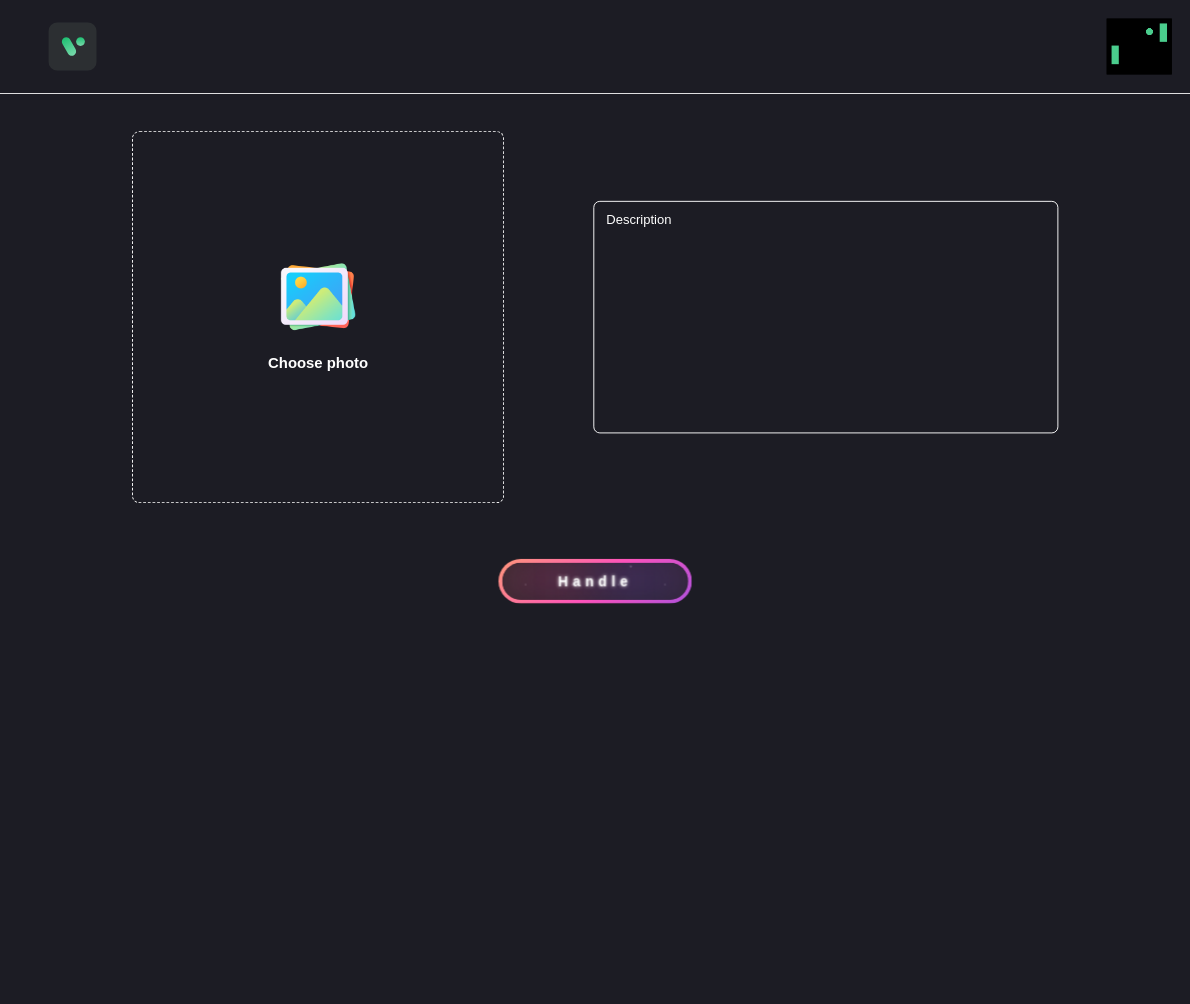
Repository: binhphan77373/Website_PBL6
Page: / (app in myapp/)
The author's editor kept a copy of each file at every save. The page is drawn from the files as they stood at one save, then again after a run of saves.
The browser window is 1280 px wide. The pictures show the whole page, at 93% of full size.
The project was rebuilt for these pictures with package versions that can differ from the ones it lists, and the page was loaded fresh each time. Also part of the build but not shown: myapp/vite.config.js, myapp/src/pages/Test.jsx, myapp/src/modules/Result.jsx, myapp/src/pages/ResultPage.jsx.

Above is the page before, as saved 2023-12-29 20:01:46.

### myapp/src/App.jsx
import { Route, Routes } from 'react-router-dom'
import HomePage from './pages/HomePage'
import Test from './pages/Test'
import ResultPage from './pages/ResultPage'

function App() {

  return (
    <Routes>
      <Route path='/' element={<HomePage></HomePage>}></Route>
      <Route path='/rs' element={<ResultPage></ResultPage>}></Route>
      <Route path='/test' element={<Test></Test>}></Route>
    </Routes>
  )
}

export default App

### myapp/src/index.css
@tailwind base;
@tailwind components;
@tailwind utilities;
*,
*::before,
*::after {
  box-sizing: border-box;
}
* {
  margin: 0;
  padding: 0;
}

html,
body {
  height: 100%;
}
body {
  line-height: 1.5;
  -webkit-font-smoothing: antialiased;
  -webkit-tap-highlight-color: rgba(0, 0, 0, 0);
  scroll-behavior: smooth;
}

img,
picture,
video,
canvas,
svg {
  display: block;
  max-width: 100%;
}
input,
button,
textarea,
select {
  font: inherit;
  outline: none;
}
p,
h1,
h2,
h3,
h4,
h5,
h6 {
  overflow-wrap: break-word;
}
body {
  line-height: 1.5;
  -webkit-font-smoothing: antialiased;
  -webkit-tap-highlight-color: rgba(0, 0, 0, 0);
  font-family: "Epilogue", sans-serif;
  font-size: 16px;
  background-color: #1C1C24;

  height: 150vh;
  overflow: hidden;
}
.hidden-input {
  border: 0;
  clip: rect(0 0 0 0);
  height: 1px;
  margin: -1px;
  overflow: hidden;
  padding: 0;
  position: absolute;
  width: 1px;
  white-space: nowrap;
}
/* HTML: <div class="loader"></div> */
.loader {
  width: 70px;
  height: 60px;
  border: 5px solid #000;
  padding: 0 8px;
  box-sizing: border-box;
  background: linear-gradient(#4acd8d 0 0) 0    0/8px 20px,
    linear-gradient(#4acd8d 0 0) 100% 0/8px 20px,
    radial-gradient(farthest-side,#4acd8d 90%,#0000) 0 5px/8px 8px content-box,
    #000;
  background-repeat: no-repeat;
  animation: l3 2s infinite linear;
}

@keyframes l3 {
  25% {
    background-position: 0 0   ,100% 100%,100% calc(100% - 5px)
  }

  50% {
    background-position: 0 100%,100% 100%,0    calc(100% - 5px)
  }

  75% {
    background-position: 0 100%,100%    0,100% 5px
  }
}
.btn {
  display: flex;
  justify-content: center;
  align-items: center;
  width: 13rem;
  overflow: hidden;
  height: 3rem;
  background-size: 300% 300%;
  backdrop-filter: blur(1rem);
  border-radius: 5rem;
  transition: 0.5s;
  animation: gradient_301 5s ease infinite;
  border: double 4px transparent;
  background-image: linear-gradient(#212121, #212121),  linear-gradient(137.48deg, #ffdb3b 10%,#FE53BB 45%, #8F51EA 67%, #0044ff 87%);
  background-origin: border-box;
  background-clip: content-box, border-box;
}

#container-stars {
  position: absolute;
  z-index: -1;
  width: 100%;
  height: 100%;
  overflow: hidden;
  transition: 0.5s;
  backdrop-filter: blur(1rem);
  border-radius: 5rem;
}

strong {
  z-index: 2;
  font-size: 15px;
  letter-spacing: 5px;
  color: #FFFFFF;
  text-shadow: 0 0 4px white;
}

#glow {
  position: absolute;
  display: flex;
  width: 12rem;
}

.circle {
  width: 100%;
  height: 30px;
  filter: blur(2rem);
  animation: pulse_3011 4s infinite;
  z-index: -1;
}

.circle:nth-of-type(1) {
  background: rgba(254, 83, 186, 0.636);
}

.circle:nth-of-type(2) {
  background: rgba(142, 81, 234, 0.704);
}

.btn:hover #container-stars {
  z-index: 1;
  background-color: #212121;
}

.btn:hover {
  transform: scale(1.1)
}

.btn:active {
  border: double 4px #FE53BB;
  background-origin: border-box;
  background-clip: content-box, border-box;
  animation: none;
}

.btn:active .circle {
  background: #FE53BB;
}

#stars {
  position: relative;
  background: transparent;
  width: 200rem;
  height: 200rem;
}

#stars::after {
  content: "";
  position: absolute;
  top: -10rem;
  left: -100rem;
  width: 100%;
  height: 100%;
  animation: animStarRotate 90s linear infinite;
}

#stars::after {
  background-image: radial-gradient(#ffffff 1px, transparent 1%);
  background-size: 50px 50px;
}

#stars::before {
  content: "";
  position: absolute;
  top: 0;
  left: -50%;
  width: 170%;
  height: 500%;
  animation: animStar 60s linear infinite;
}

#stars::before {
  background-image: radial-gradient(#ffffff 1px, transparent 1%);
  background-size: 50px 50px;
  opacity: 0.5;
}

@keyframes animStar {
  from {
    transform: translateY(0);
  }

  to {
    transform: translateY(-135rem);
  }
}

@keyframes animStarRotate {
  from {
    transform: rotate(360deg);
  }

  to {
    transform: rotate(0);
  }
}

@keyframes gradient_301 {
  0% {
    background-position: 0% 50%;
  }

  50% {
    background-position: 100% 50%;
  }

  100% {
    background-position: 0% 50%;
  }
}

@keyframes pulse_3011 {
  0% {
    transform: scale(0.75);
    box-shadow: 0 0 0 0 rgba(0, 0, 0, 0.7);
  }

  70% {
    transform: scale(1);
    box-shadow: 0 0 0 10px rgba(0, 0, 0, 0);
  }

  100% {
    transform: scale(0.75);
    box-shadow: 0 0 0 0 rgba(0, 0, 0, 0);
  }
}
.wheel-and-hamster {
  --dur: 1s;
  position: relative;
  width: 12em;
  height: 12em;
  font-size: 14px;
}

.wheel,
.hamster,
.hamster div,
.spoke {
  position: absolute;
}

.wheel,
.spoke {
  border-radius: 50%;
  top: 0;
  left: 0;
  width: 100%;
  height: 100%;
}

.wheel {
  background: radial-gradient(100% 100% at center,hsla(0,0%,60%,0) 47.8%,hsl(0,0%,60%) 48%);
  z-index: 2;
}

.hamster {
  animation: hamster var(--dur) ease-in-out infinite;
  top: 50%;
  left: calc(50% - 3.5em);
  width: 7em;
  height: 3.75em;
  transform: rotate(4deg) translate(-0.8em,1.85em);
  transform-origin: 50% 0;
  z-index: 1;
}

.hamster__head {
  animation: hamsterHead var(--dur) ease-in-out infinite;
  background: hsl(30,90%,55%);
  border-radius: 70% 30% 0 100% / 40% 25% 25% 60%;
  box-shadow: 0 -0.25em 0 hsl(30,90%,80%) inset,
		0.75em -1.55em 0 hsl(30,90%,90%) inset;
  top: 0;
  left: -2em;
  width: 2.75em;
  height: 2.5em;
  transform-origin: 100% 50%;
}

.hamster__ear {
  animation: hamsterEar var(--dur) ease-in-out infinite;
  background: hsl(0,90%,85%);
  border-radius: 50%;
  box-shadow: -0.25em 0 hsl(30,90%,55%) inset;
  top: -0.25em;
  right: -0.25em;
  width: 0.75em;
  height: 0.75em;
  transform-origin: 50% 75%;
}

.hamster__eye {
  animation: hamsterEye var(--dur) linear infinite;
  background-color: hsl(0,0%,0%);
  border-radius: 50%;
  top: 0.375em;
  left: 1.25em;
  width: 0.5em;
  height: 0.5em;
}

.hamster__nose {
  background: hsl(0,90%,75%);
  border-radius: 35% 65% 85% 15% / 70% 50% 50% 30%;
  top: 0.75em;
  left: 0;
  width: 0.2em;
  height: 0.25em;
}

.hamster__body {
  animation: hamsterBody var(--dur) ease-in-out infinite;
  background: hsl(30,90%,90%);
  border-radius: 50% 30% 50% 30% / 15% 60% 40% 40%;
  box-shadow: 0.1em 0.75em 0 hsl(30,90%,55%) inset,
		0.15em -0.5em 0 hsl(30,90%,80%) inset;
  top: 0.25em;
  left: 2em;
  width: 4.5em;
  height: 3em;
  transform-origin: 17% 50%;
  transform-style: preserve-3d;
}

.hamster__limb--fr,
.hamster__limb--fl {
  clip-path: polygon(0 0,100% 0,70% 80%,60% 100%,0% 100%,40% 80%);
  top: 2em;
  left: 0.5em;
  width: 1em;
  height: 1.5em;
  transform-origin: 50% 0;
}

.hamster__limb--fr {
  animation: hamsterFRLimb var(--dur) linear infinite;
  background: linear-gradient(hsl(30,90%,80%) 80%,hsl(0,90%,75%) 80%);
  transform: rotate(15deg) translateZ(-1px);
}

.hamster__limb--fl {
  animation: hamsterFLLimb var(--dur) linear infinite;
  background: linear-gradient(hsl(30,90%,90%) 80%,hsl(0,90%,85%) 80%);
  transform: rotate(15deg);
}

.hamster__limb--br,
.hamster__limb--bl {
  border-radius: 0.75em 0.75em 0 0;
  clip-path: polygon(0 0,100% 0,100% 30%,70% 90%,70% 100%,30% 100%,40% 90%,0% 30%);
  top: 1em;
  left: 2.8em;
  width: 1.5em;
  height: 2.5em;
  transform-origin: 50% 30%;
}

.hamster__limb--br {
  animation: hamsterBRLimb var(--dur) linear infinite;
  background: linear-gradient(hsl(30,90%,80%) 90%,hsl(0,90%,75%) 90%);
  transform: rotate(-25deg) translateZ(-1px);
}

.hamster__limb--bl {
  animation: hamsterBLLimb var(--dur) linear infinite;
  background: linear-gradient(hsl(30,90%,90%) 90%,hsl(0,90%,85%) 90%);
  transform: rotate(-25deg);
}

.hamster__tail {
  animation: hamsterTail var(--dur) linear infinite;
  background: hsl(0,90%,85%);
  border-radius: 0.25em 50% 50% 0.25em;
  box-shadow: 0 -0.2em 0 hsl(0,90%,75%) inset;
  top: 1.5em;
  right: -0.5em;
  width: 1em;
  height: 0.5em;
  transform: rotate(30deg) translateZ(-1px);
  transform-origin: 0.25em 0.25em;
}

.spoke {
  animation: spoke var(--dur) linear infinite;
  background: radial-gradient(100% 100% at center,hsl(0,0%,60%) 4.8%,hsla(0,0%,60%,0) 5%),
		linear-gradient(hsla(0,0%,55%,0) 46.9%,hsl(0,0%,65%) 47% 52.9%,hsla(0,0%,65%,0) 53%) 50% 50% / 99% 99% no-repeat;
}

/* Animations */
@keyframes hamster {
  from, to {
    transform: rotate(4deg) translate(-0.8em,1.85em);
  }

  50% {
    transform: rotate(0) translate(-0.8em,1.85em);
  }
}

@keyframes hamsterHead {
  from, 25%, 50%, 75%, to {
    transform: rotate(0);
  }

  12.5%, 37.5%, 62.5%, 87.5% {
    transform: rotate(8deg);
  }
}

@keyframes hamsterEye {
  from, 90%, to {
    transform: scaleY(1);
  }

  95% {
    transform: scaleY(0);
  }
}

@keyframes hamsterEar {
  from, 25%, 50%, 75%, to {
    transform: rotate(0);
  }

  12.5%, 37.5%, 62.5%, 87.5% {
    transform: rotate(12deg);
  }
}

@keyframes hamsterBody {
  from, 25%, 50%, 75%, to {
    transform: rotate(0);
  }

  12.5%, 37.5%, 62.5%, 87.5% {
    transform: rotate(-2deg);
  }
}

@keyframes hamsterFRLimb {
  from, 25%, 50%, 75%, to {
    transform: rotate(50deg) translateZ(-1px);
  }

  12.5%, 37.5%, 62.5%, 87.5% {
    transform: rotate(-30deg) translateZ(-1px);
  }
}

@keyframes hamsterFLLimb {
  from, 25%, 50%, 75%, to {
    transform: rotate(-30deg);
  }

  12.5%, 37.5%, 62.5%, 87.5% {
    transform: rotate(50deg);
  }
}

@keyframes hamsterBRLimb {
  from, 25%, 50%, 75%, to {
    transform: rotate(-60deg) translateZ(-1px);
  }

  12.5%, 37.5%, 62.5%, 87.5% {
    transform: rotate(20deg) translateZ(-1px);
  }
}

@keyframes hamsterBLLimb {
  from, 25%, 50%, 75%, to {
    transform: rotate(20deg);
  }

  12.5%, 37.5%, 62.5%, 87.5% {
    transform: rotate(-60deg);
  }
}

@keyframes hamsterTail {
  from, 25%, 50%, 75%, to {
    transform: rotate(30deg) translateZ(-1px);
  }

  12.5%, 37.5%, 62.5%, 87.5% {
    transform: rotate(10deg) translateZ(-1px);
  }
}

@keyframes spoke {
  from {
    transform: rotate(0);
  }

  to {
    transform: rotate(-1turn);
  }
}
.myCard {
  background-color: transparent;
  perspective: 1000px;
}

.title {
  font-size: 1.5em;
  font-weight: 900;
  text-align: center;
  margin: 0;
}

.innerCard {
  position: relative;
  width: 100%;
  height: 100%;
  text-align: center;
  transition: transform 0.8s;
  transform-style: preserve-3d;
  cursor: pointer;
}

.myCard:hover .innerCard {
  transform: rotateY(180deg);
}

.frontSide,
.backSide {
  position: absolute;
  display: flex;
  flex-direction: column;
  align-items: center;
  justify-content: space-evenly;
  width: 100%;
  height: 100%;
  -webkit-backface-visibility: hidden;
  backface-visibility: hidden;
  border: 1px solid rgba(255, 255, 255, 0.8);
  border-radius: 1rem;
  color: white;
  box-shadow: 0 0 0.3em rgba(255, 255, 255, 0.5);
  font-weight: 700;
}

.frontSide,
.frontSide::before {
  background: linear-gradient(43deg, rgb(65, 88, 208) 0%, rgb(200, 80, 192) 46%, rgb(255, 204, 112) 100%);
}

.backSide,
.backSide::before {
  background-image: linear-gradient(160deg, #0093E9 0%, #80D0C7 100%);
}

.backSide {
  transform: rotateY(180deg);
}

.frontSide::before,
.backSide::before {
  top: 50%;
  left: 50%;
  transform: translate(-50%, -50%);
  content: '';
  width: 110%;
  height: 110%;
  position: absolute;
  z-index: -1;
  border-radius: 1em;
  filter: blur(20px);
  animation: animate 5s linear infinite;
}

@keyframes animate {
  0% {
    opacity: 0.3;
  }

  80% {
    opacity: 1;
  }

  100% {
    opacity: 0.3;
  }
}
.btnback {
  position: relative;
  width: 120px;
  height: 40px;
  background-color: #000;
  display: flex;
  align-items: center;
  color: white;
  flex-direction: column;
  justify-content: center;
  border: none;
  padding: 12px;
  gap: 12px;
  border-radius: 8px;
  cursor: pointer;
}

.btnback::before {
  content: '';
  position: absolute;
  inset: 0;
  left: -4px;
  top: -1px;
  margin: auto;
  width: 128px;
  height: 48px;
  border-radius: 10px;
  background: linear-gradient(-45deg, #e81cff 0%, #40c9ff 100% );
  z-index: -10;
  pointer-events: none;
  transition: all 0.6s cubic-bezier(0.175, 0.885, 0.32, 1.275);
}

.btnback::after {
  content: "";
  z-index: -1;
  position: absolute;
  inset: 0;
  background: linear-gradient(-45deg, #fc00ff 0%, #00dbde 100% );
  transform: translate3d(0, 0, 0) scale(0.95);
  filter: blur(20px);
}

.btnback:hover::after {
  filter: blur(30px);
}

.btnback:hover::before {
  transform: rotate(-180deg);
}

.btnback:active::before {
  scale: 0.7;
}
.glow-point {
  position: absolute;
  box-shadow: 0rem 0rem 1.2rem 0.6rem rgb(var(--glow-rgb));
  pointer-events: none;
}

.star {
  position: absolute;
  z-index: 2;
  color: white;
  font-size: 1rem;
  animation-duration: 1500ms;
  animation-fill-mode: forwards;
  pointer-events: none;
}

@keyframes fall-1 {
  0% {
    transform: translate(0px, 0px) rotateX(45deg) rotateY(30deg) rotateZ(0deg) scale(0.25);
    opacity: 0;
  }

  5% {
    transform: translate(10px, -10px) rotateX(45deg) rotateY(30deg) rotateZ(0deg) scale(1);
    opacity: 1;
  }

  100% {
    transform: translate(25px, 200px) rotateX(180deg) rotateY(270deg) rotateZ(90deg) scale(1);
    opacity: 0;
  }
}

@keyframes fall-2 {
  0% {
    transform: translate(0px, 0px) rotateX(-20deg) rotateY(10deg) scale(0.25);
    opacity: 0;
  }

  10% {
    transform: translate(-10px, -5px) rotateX(-20deg) rotateY(10deg) scale(1);
    opacity: 1;
  }

  100% {
    transform: translate(-10px, 160px) rotateX(-90deg) rotateY(45deg) scale(0.25);
    opacity: 0;
  }
}

@keyframes fall-3 {
  0% {
    transform: translate(0px, 0px) rotateX(0deg) rotateY(45deg) scale(0.5);
    opacity: 0;
  }

  15% {
    transform: translate(7px, 5px) rotateX(0deg) rotateY(45deg) scale(1);
    opacity: 1;
  }

  100% {
    transform: translate(20px, 120px) rotateX(-180deg) rotateY(-90deg) scale(0.5);
    opacity: 0;
  }
}

### myapp/src/pages/HomePage.jsx
import  { useEffect } from 'react';
import Topbar from '../modules/Topbar';
import Body from '../modules/Body';
import "../index.css";
const HomePage = () => {
  useEffect(() => {
    document.title = "Home Page";
  }, []);
  return (
    <>
      <Topbar></Topbar>
      <Body></Body>
    </>
  );
};

export default HomePage;

### myapp/src/modules/Topbar.jsx
import styled from "styled-components";
const DashboardHeaderStyles = styled.div`
  padding: 20px;
  border-bottom: 1px solid #eee;
  display: flex;
  justify-content: space-between;
  gap: 20px;
  .logo {
    display: flex;
    align-items: center;
    gap: 20px;
    font-size: 18px;
    font-weight: 600;
    img {
      max-width: 40px;
    }
  }
  .header-avatar {
    width: 52px;
    height: 52px;
    img {
      width: 100%;
      height: 100%;
      object-fit: cover;
      border-radius: 100rem;
    }
  }
  .header-right {
    display: flex;
    align-items: center;
    gap: 20px;
  }
`;

const Topbar = () => {
  return (
    <DashboardHeaderStyles>
      <div className="logo ml-8">
        <svg
          width={52}
          height={52}
          viewBox="0 0 52 52"
          fill="none"
          xmlns="http://www.w3.org/2000/svg"
        >
          <rect width={52} height={52} rx={10} fill="#2C2F32" />
          <path
            d="M15.186 23.2348C13.8487 20.8914 14.5874 17.9269 16.8359 16.6135C19.0844 15.3 21.9912 16.135 23.3285 18.4784L29.1985 28.7652C30.5358 31.1086 29.797 34.0731 27.5485 35.3865C25.3001 36.6999 22.3932 35.865 21.056 33.5215L15.186 23.2348Z"
            fill="url(#paint0_linear_2376_1140)"
          />
          <path
            d="M39.2349 20.6917C39.2349 23.3235 37.1345 25.4569 34.5435 25.4569C31.9525 25.4569 29.8521 23.3235 29.8521 20.6917C29.8521 18.0599 31.9525 15.9265 34.5435 15.9265C37.1345 15.9265 39.2349 18.0599 39.2349 20.6917Z"
            fill="url(#paint1_linear_2376_1140)"
          />
          <defs>
            <linearGradient
              id="paint0_linear_2376_1140"
              x1="16.8359"
              y1="16.6135"
              x2="27.441"
              y2="35.0019"
              gradientUnits="userSpaceOnUse"
            >
              <stop stopColor="#1DC071" />
              <stop offset={1} stopColor="#77D9AA" />
            </linearGradient>
            <linearGradient
              id="paint1_linear_2376_1140"
              x1="34.5435"
              y1="15.9265"
              x2="34.5205"
              y2="25.2863"
              gradientUnits="userSpaceOnUse"
            >
              <stop stopColor="#1DC071" />
              <stop offset={1} stopColor="#77D9AA" />
            </linearGradient>
          </defs>
        </svg>
      </div>
      <div className="loader"></div>
    </DashboardHeaderStyles>
  );
};

export default Topbar;

Loaded but not shown: myapp/index.html (common file); myapp/src/main.jsx (common file); myapp/tailwind.config.js (16 lines, source omitted); myapp/src/modules/Body.jsx (112 lines, source omitted); myapp/src/components/Mouse/StarsMouse.jsx (156 lines, source omitted); myapp/src/components/Image/ImageUpload.jsx (114 lines, source omitted)

After the next 3 saves:
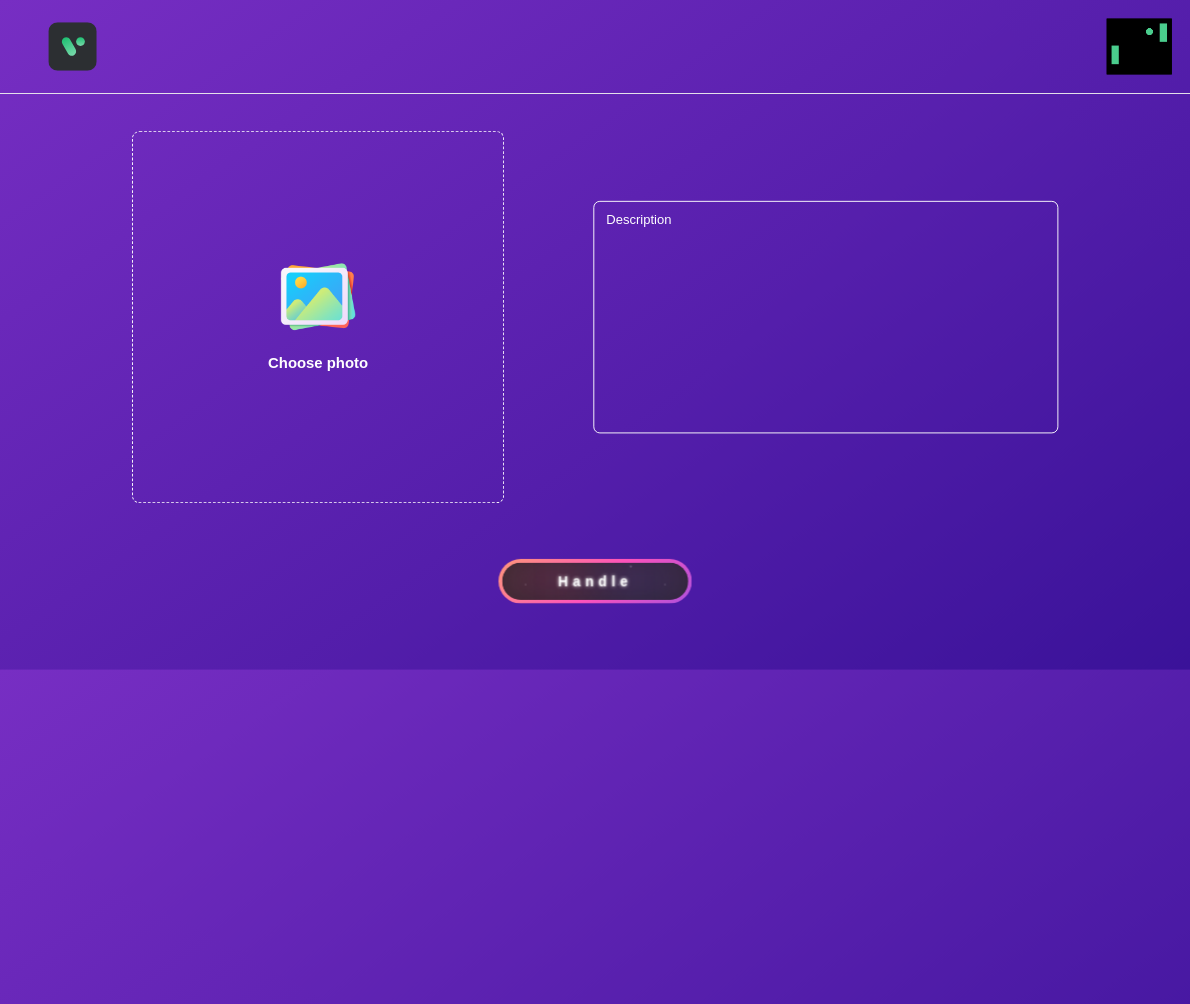
The 3 saves are shown as one change because they came seconds apart.
The last was saved 13 s later.
--- a/myapp/src/index.css
+++ b/myapp/src/index.css
@@ -53,7 +53,7 @@
   font-family: "Epilogue", sans-serif;
   font-size: 16px;
   background-color: #1C1C24;
-
+  background: linear-gradient(145deg, rgb(119, 46, 195), rgb(58, 18, 153));
   height: 150vh;
   overflow: hidden;
 }

After the 2 saves that followed:
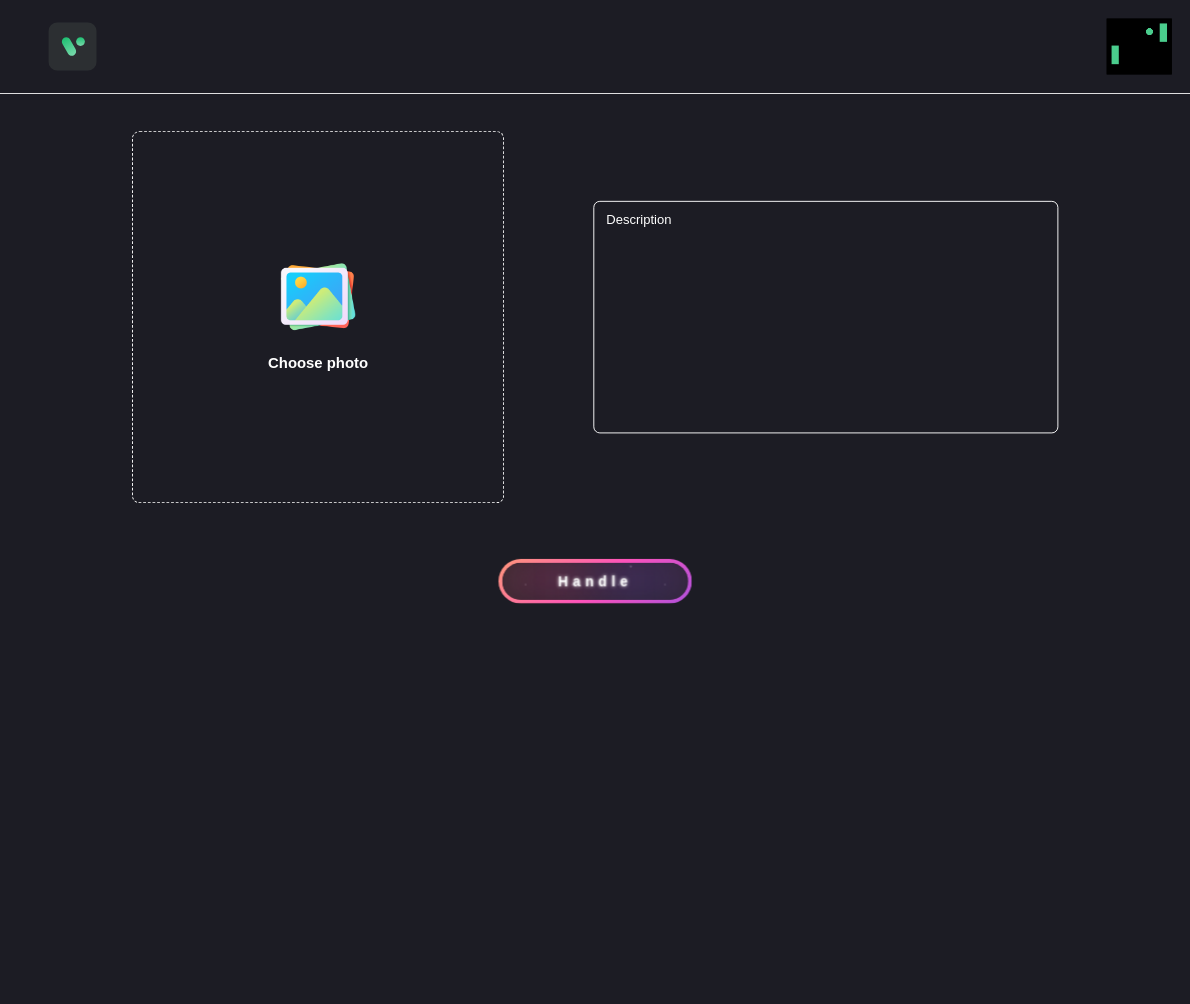
The 2 saves are shown as one change because they came seconds apart.
The last was saved 9 s later.
--- a/myapp/src/index.css
+++ b/myapp/src/index.css
@@ -53,7 +53,6 @@
   font-family: "Epilogue", sans-serif;
   font-size: 16px;
   background-color: #1C1C24;
-  background: linear-gradient(145deg, rgb(119, 46, 195), rgb(58, 18, 153));
   height: 150vh;
   overflow: hidden;
 }
